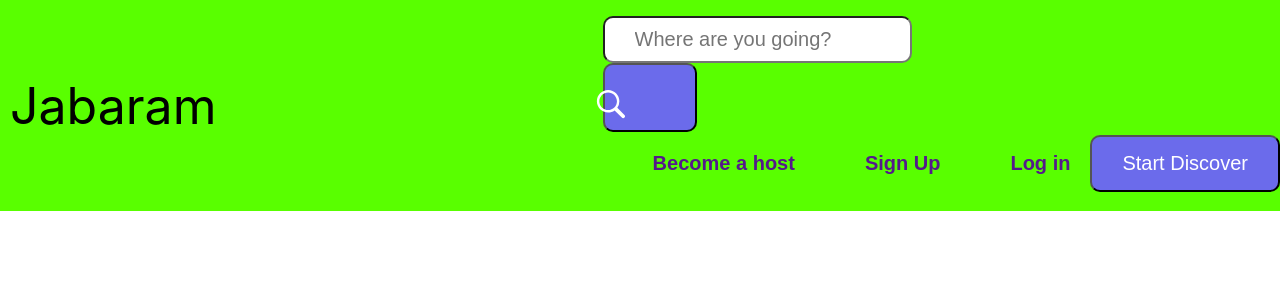
Repository: manahiang/Jabaram-web
Page: / (app in src/)
These files come from the project's save history. The page is drawn as it stood at one moment and after a run of saves; the edit follows.
The browser window is 1280 px wide. The pictures show the whole page.
The project was rebuilt for these pictures with package versions that can differ from the ones it lists, and the page was loaded fresh each time. Also part of the build but not shown: src/src/App.css.

Above is the page before, as saved 2022-11-30 10:05:11.

### src/src/index.css
body {
  margin: 0;
  padding: 0;
  font-family: -apple-system, BlinkMacSystemFont, 'Segoe UI', 'Roboto', 'Oxygen',
    'Ubuntu', 'Cantarell', 'Fira Sans', 'Droid Sans', 'Helvetica Neue',
    sans-serif;
  -webkit-font-smoothing: antialiased;
  -moz-osx-font-smoothing: grayscale;
}

code {
  font-family: source-code-pro, Menlo, Monaco, Consolas, 'Courier New',
    monospace;
}
.container{
  width: 100%;
  height: auto;
  background-color: rgb(227, 212, 194);
}
.header{
  max-width: 1780px;
  height: auto;
  background-color: rgb(89, 255, 0);
  margin: auto;
  display: flex;
  align-items: center;
  justify-content:space-between
}
.header ul li{
  display: inline-block;
  padding: 20px;
  margin-left: 20px;
  transition: all 0.5s;
}
.header ul li a{
  text-decoration: none;
  font-size: 20px;
  font-family:Arial, Helvetica, sans-serif;
  font-weight: 800;
 transition: all 0.5s;
 margin-left: 10px;
}
.header ul li:hover {
  color: rgb(41, 34, 34);
  background-color: rgb(195, 173, 173);
  border-radius: 10px;
}
.menu input{
  padding: 10px;
  outline: none;
  border-radius: 10px;
  padding-left: 30px;
  font-size: 20px;
}
.menu ul   button{
  font-size: 20px;
  background-color: rgb(107, 107, 235);
  color: white;
  padding: 15px;
  padding-left: 30px;
  padding-right: 30px;
  border-radius: 10px;
  outline: none;
  cursor: pointer;
}
.icon-search-Go{
  transform: translate(-40px,10px);
  transition: all 0.6s;
  font-size: 30px;
}
.icon-search-Go:hover{
  cursor: pointer;
  color: rgb(52, 49, 49);
}
/* Logo */

.logo{
  margin-left: 10px;
  font-size: 50px;
  cursor: pointer;
}

### src/src/App.js

import './App.css';
import'./index.css';
import Header from './header';

function App() {
  return (
    <>
    <Header/>
    </>
  );
}

export default App;

### src/src/header.js
import React from 'react'
import { GoSearch } from "react-icons/go";

function Header() {
    return (
        <div className='container'>
            <div className='header'>
                <div className='logo'>Jabaram</div>
                <div className='menu'>
                    <ul>
                        <input placeholder='Where are you going?' />
                        <div><button><GoSearch className='icon-search-Go'/></button></div>
                        <li><a href=''>Become a host</a></li>
                        <li><a href=''>Sign Up</a></li>
                        <li><a href=''>Log in</a></li>
                        <button>Start Discover</button>
                    </ul>
                </div>
            </div>
        </div>
    )
}

export default Header

Loaded but not shown: src/public/index.html (common file); src/src/index.js (common file); src/src/reportWebVitals.js (common file)

After the next 4 saves:
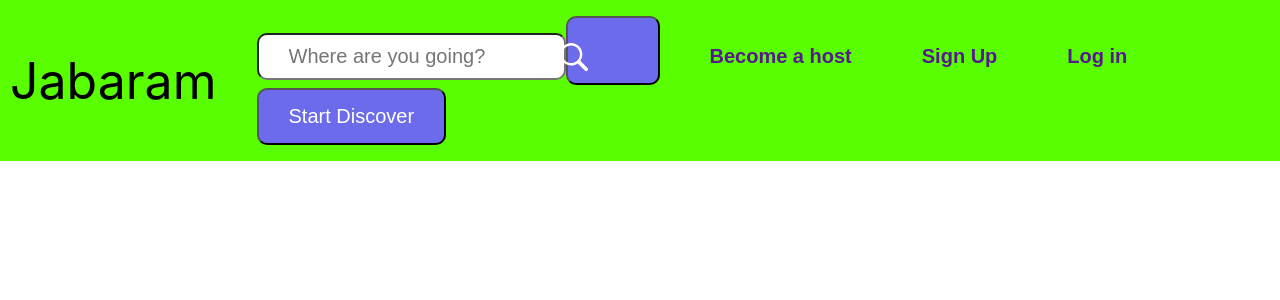
The 4 saves are shown as one change because they came seconds apart.
The last was saved 33 s later.
--- a/src/src/header.js
+++ b/src/src/header.js
@@ -9,7 +9,7 @@ function Header() {
                 <div className='menu'>
                     <ul>
                         <input placeholder='Where are you going?' />
-                        <div><button><GoSearch className='icon-search-Go'/></button></div>
+                        <button><GoSearch className='icon-search-Go'/></button>
                         <li><a href=''>Become a host</a></li>
                         <li><a href=''>Sign Up</a></li>
                         <li><a href=''>Log in</a></li>
